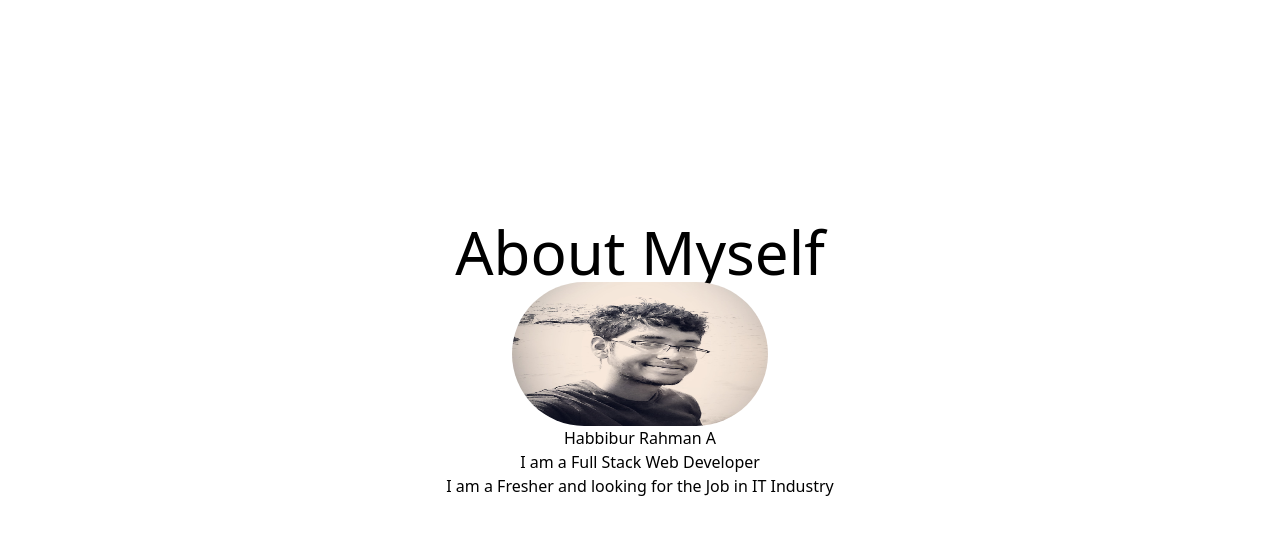
Repository: Habeebur1493/project
Page: /About
An editor plug-in stored every save of this project. The page is shown before and after the next save, followed by the edit.
The browser window is 1280 px wide. The pictures show the whole page.
The page's requests for data from a server got no answer. The project was rebuilt for these pictures with package versions that can differ from the ones it lists, and the page was loaded fresh each time. No one was signed in, and anything a server would have sent is missing. Also part of the build but not shown: vite.config.js, src/Components/Login.jsx, src/Components/Nav.jsx, src/Components/Loading.jsx, src/Components/Home.jsx, src/Components/Details.jsx, src/Components/Services.jsx, src/Components/Contact.jsx.

Above is the page before, as saved 2025-01-31 20:29:11.

After the next save:
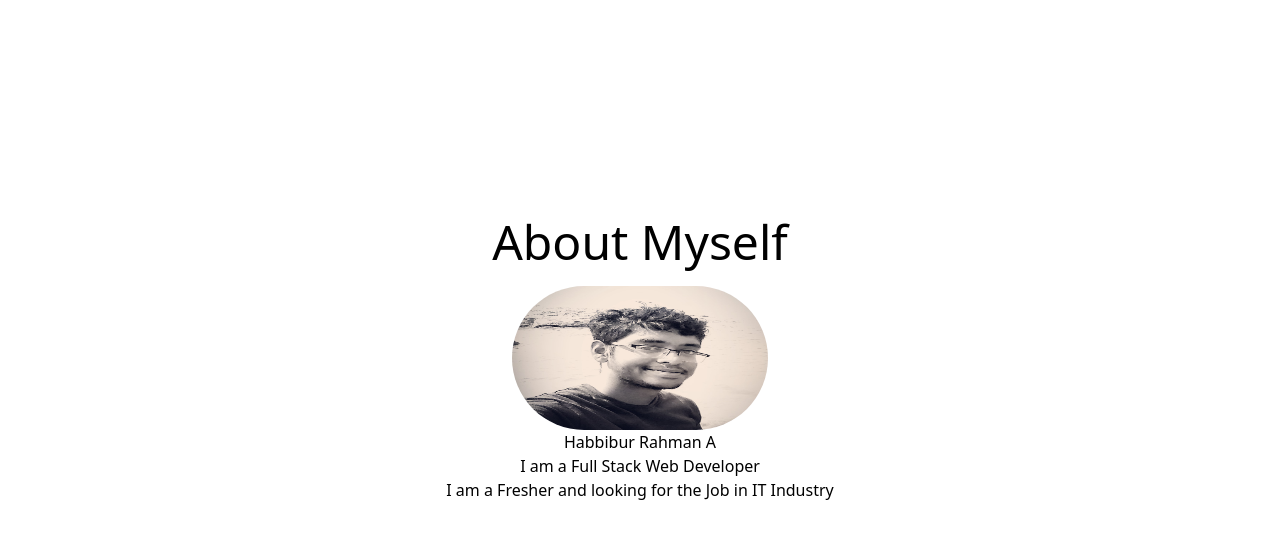
Saved 22 s later.
--- a/src/Components/About.jsx
+++ b/src/Components/About.jsx
@@ -4,7 +4,7 @@ import React from 'react'
 const About = () => {
   return (
     <div className='w-full h-full flex flex-col justify-center items-center'>
-      <h1 className='text-6xl'>About Myself</h1>
+      <h1 className='text-5xl mb-5'>About Myself</h1>
       <img className='w-[20%] h-[20%] rounded-full' src="src\Components\IMG\IMG_20180427_173521_379.jpg" alt="" />
       <h1>Habbibur Rahman A</h1>
       <h2>I am a Full Stack Web Developer</h2>
